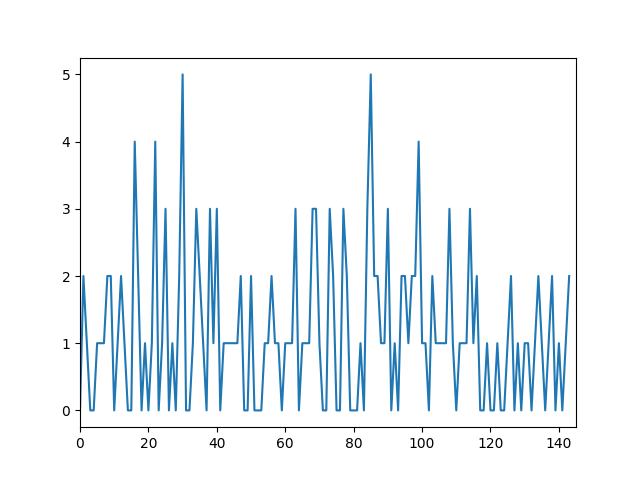
Repository: nelsonalexandrino/python_matplotlib_datavisualization_
Script's output: python LineAndScatterSplots.py
These files come from the project's save history. The script's output is drawn as it stood at one moment and after the next save; the edit follows.
Random numbers start from a fixed seed.

Above is the script's output before, as saved 2019-08-25 10:18:10.

### LineAndScatterSplots.py
import matplotlib.pyplot as pyplot

with open('Goals.txt', 'r') as file:
    HomeTeamGoals = [int(x) for x in file.readline().strip(
        '\n').strip(' ').split(' ')]
    AwayTeamGoals = [int(x) for x in file.readline().strip(
        '\n').strip(' ').split(' ')]

xAxis = []
for i in range(len(HomeTeamGoals)):
    xAxis.append(i)

pyplot.plot(xAxis, AwayTeamGoals)
pyplot.xlim(0, 145)
pyplot.show()

### Goals.txt
6 0 2 1 2 1 2 2 2 0 1 3 0 3 1 0 4 1 3 3 6 2 0 0 4 1 2 1 1 0 1 3 0 1 1 1 3 1 3 0 2 2 2 1 2 2 1 2 1 2 1 2 4 0 1 1 2 2 2 0 2 2 0 0 2 3 2 2 3 0 3 3 0 1 0 0 2 1 1 3 1 3 1 1 0 2 0 3 3 3 2 0 0 1 4 1 0 2 1 1 2 2 0 2 1 1 2 3 1 4 4 1 2 2 2 1 0 0 5 1 1 1 0 1 1 0 2 1 3 2 1 1 1 0 1 1 3 2 1 3 1 2 1 1
0 2 1 0 0 1 1 1 2 2 0 1 2 1 0 0 4 2 0 1 0 1 4 0 1 3 0 1 0 2 5 0 0 1 3 2 1 0 3 1 3 0 1 1 1 1 1 2 0 0 2 0 0 0 1 1 2 1 1 0 1 1 1 3 0 1 1 1 3 3 1 0 0 3 2 0 0 3 2 0 0 0 1 0 3 5 2 2 1 1 3 0 1 0 2 2 1 2 2 4 1 1 0 2 1 1 1 1 3 1 0 1 1 1 3 1 2 0 0 1 0 0 1 0 0 1 2 0 1 0 1 1 0 1 2 1 0 1 2 0 1 0 1 2

After the next save:
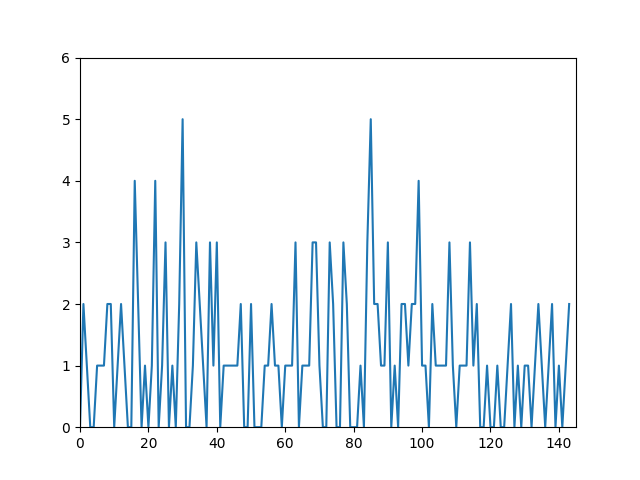
Saved 32 s later.
--- a/LineAndScatterSplots.py
+++ b/LineAndScatterSplots.py
@@ -12,4 +12,5 @@ for i in range(len(HomeTeamGoals)):
 
 pyplot.plot(xAxis, AwayTeamGoals)
 pyplot.xlim(0, 145)
+pyplot.ylim(0, 6)
 pyplot.show()
